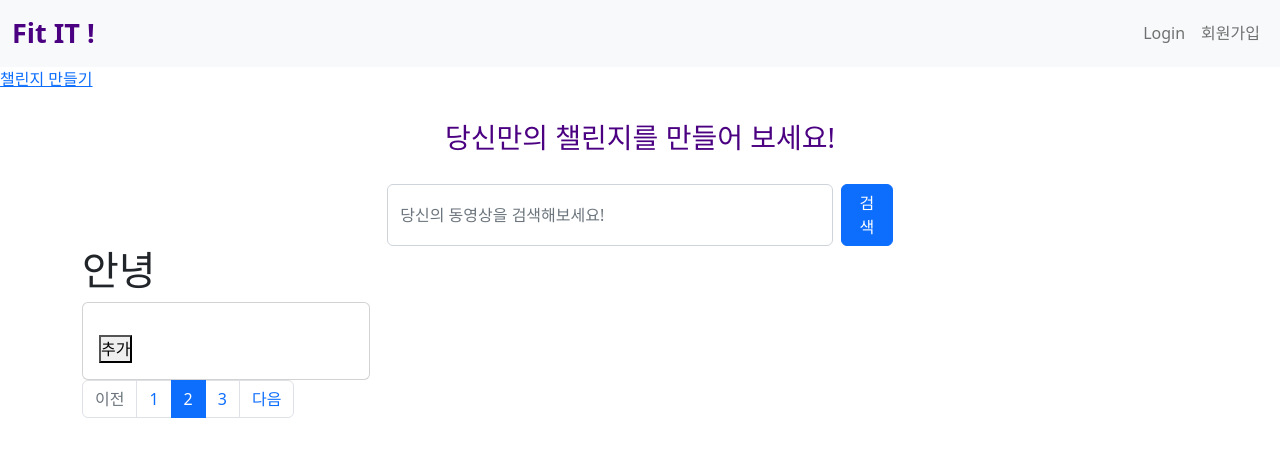
Repository: 4everGirls/Fit-IT-FRONT
Page: /makeChallenge (app in FrontEnd/fit-it/)
An editor plug-in stored every save of this project. The page is shown before and after a run of saves, followed by the edit.
The browser window is 1280 px wide. The pictures show the whole page.
The project was rebuilt for these pictures with package versions that can differ from the ones it lists, and the page was loaded fresh each time. Also part of the build but not shown: FrontEnd/fit-it/vue.config.js, FrontEnd/fit-it/src/views/HomeView.vue, FrontEnd/fit-it/src/components/user/RegistUser.vue, FrontEnd/fit-it/src/components/user/LoginUser.vue.

Above is the page before, as saved 2022-11-20 01:18:29.

### FrontEnd/fit-it/public/index.html
<!DOCTYPE html>
<html lang="">
  <head>
    <meta charset="utf-8" />
    <meta http-equiv="X-UA-Compatible" content="IE=edge" />
    <meta name="viewport" content="width=device-width,initial-scale=1.0" />
    <link rel="icon" href="<%= BASE_URL %>favicon.ico" />
    <link
      href="https://cdn.jsdelivr.net/npm/bootstrap@5.2.2/dist/css/bootstrap.min.css"
      rel="stylesheet"
      integrity="sha384-Zenh87qX5JnK2Jl0vWa8Ck2rdkQ2Bzep5IDxbcnCeuOxjzrPF/et3URy9Bv1WTRi"
      crossorigin="anonymous"
    />
    <script
      src="https://cdn.jsdelivr.net/npm/bootstrap@5.2.2/dist/js/bootstrap.bundle.min.js"
      integrity="sha384-OERcA2EqjJCMA+/3y+gxIOqMEjwtxJY7qPCqsdltbNJuaOe923+mo//f6V8Qbsw3"
      crossorigin="anonymous"
    ></script>
    <title><%= htmlWebpackPlugin.options.title %></title>
  </head>
  <body>
    <noscript>
      <strong
        >We're sorry but <%= htmlWebpackPlugin.options.title %> doesn't work
        properly without JavaScript enabled. Please enable it to
        continue.</strong
      >
    </noscript>
    <div id="app"></div>
    <!-- built files will be auto injected -->
  </body>
</html>

### FrontEnd/fit-it/src/App.vue
<template>
  <div id="app">
    <header-nav/>

    <router-link to="/makeChallenge">챌린지 만들기</router-link>
    <router-view />

  </div>
</template>

<script>
import HeaderNav from "@/components/common/HeaderNav.vue";

export default {
  name: "App",
  components: {
    HeaderNav,
  }
}
</script>

<style>
* {
  margin: 0;
  padding: 0;
  box-sizing: border-box;
  list-style: none;
}

.text-center {
  text-align: center;
}

</style>

### FrontEnd/fit-it/src/router/index.js
import Vue from "vue";
import VueRouter from "vue-router";
import HomeView from "../views/HomeView.vue";
import RegistUser from "@/components/user/RegistUser.vue";
import LoginUser from "@/components/user/LoginUser.vue";
import MakeChallenge from "@/views/MakeChallengeView.vue";

Vue.use(VueRouter);

const routes = [
  {
    path: "/",
    name: "home",
    component: HomeView,
  },
  {
    path: "/login",
    name: "login",
    component: LoginUser,
  },
  {
    path: "/regist",
    name: "regist",
    component: RegistUser,
  },
  {
    path: "/makeChallenge",
    name: "makeChallenge",
    component: MakeChallenge,
  },
];

const router = new VueRouter({
  mode: "history",
  base: process.env.BASE_URL,
  routes,
});

export default router;

### FrontEnd/fit-it/src/store/index.js
import Vue from 'vue'
import Vuex from 'vuex'
import axios from 'axios';
import router from "@/router";
import createPersistedState from "vuex-persistedstate";

Vue.use(Vuex)

const REST_API = `http://localhost:9999`;
const API_URL = `https://www.googleapis.com/youtube/v3/search`;
const YOUTUBE_KEY = process.env.VUE_APP_YOUTUBE_API_KEY;

export default new Vuex.Store({
  plugins: [createPersistedState()],
  state: {
    loginUser: null,
    videos: [],
    video: null,
  },
  getters: {
  },
  mutations: {
    LOGIN_USER(state, user) {
      state.loginUser = user;
    },
    SEARCH_VIDEO(state, videos) {
      state.videos = videos
    },
  },
  actions: {
    loginUser({ commit }, user) {
      console.log(user);
      const API_URL = `${REST_API}/userApi/login`;
      axios({
        url: API_URL,
        method: "POST",
        data: user,
      })
        .then((res) => {
        if (res.data.message === "success") {
            commit("LOGIN_USER", user);
            sessionStorage.setItem("access-token", res.data["access-token"]);
            router.push({ name: "home" });
          } else {
            alert("로그인에 실패하였습니다.");
          }
        })
        .catch((err) => {
          console.log(err);
        });
    },
    createUser({ commit }, user) {
      const API_URL = `${REST_API}/userApi/signup`;

      axios({
        url: API_URL,
        method: "POST",
        data: user,
      })
        .then((res) => {
          commit;
          res;
          alert("회원 가입이 완료 되었습니다.");
          router.push("/login");
        })
        .catch((err) => {
          console.log(err);
        });
    },
    searchVideo({commit}, keyword) {
      axios({
        url: API_URL,
        method: "GET",
        params: {
          key: YOUTUBE_KEY,
          part: 'snippet',
          q: keyword,
          type: 'video',
          maxResults: 3,
        }
      })
        .then((res) => {
          console.log(res.data);
          commit("SEARCH_VIDEO", res.data.items)
        })
        .catch((err) => console.log(err));
    },
  },
  modules: {
  }
})

### FrontEnd/fit-it/src/components/common/HeaderNav.vue
<template>
    <header>
    <!-- 로그인 전 (login, )-->
    <!-- Nav Bar 오른쪽 정렬 -->
    <nav class="navbar navbar-expand-sm bg-light navbar-light">
        <div class="container-fluid">
            <router-link to="/" class="navbar-brand nav-link">Fit IT !</router-link>
            <div class="collapse navbar-collapse justify-content-end" id="collapsibleNavbar">
                <ul class="navbar-nav">
                <li class="nav-item">
                    <router-link to="/login" class="nav-link">Login</router-link>
                </li>
                <li class="nav-item">
                    <router-link to="/regist" class="nav-link">회원가입</router-link>
                </li>
                </ul>
            </div>
        </div>
    </nav>
    </header>
</template>

<script>
export default {
name: "HeaderNav",
};
</script>

<style>
.navbar-brand {
color: indigo;
font-weight: 750;
font-size: 27px;
}
</style>

### FrontEnd/fit-it/src/views/MakeChallengeView.vue
<template>
  <div class="container">
    <!--search-container-->
    <div class="row">
        <search-video></search-video>
        <search-result></search-result>
    </div>
    <!--result form-->
    <div></div>
  </div>
</template>

<script>
import SearchVideo from '@/components/challenge/MakeChallenge/SearchVideo.vue';
import SearchResult from '@/components/challenge/MakeChallenge/SearchResult.vue';

export default {
    name: "MakeChallenge",
    components: {
        SearchVideo,
        SearchResult,
    }
}
</script>

<style>

</style>

### FrontEnd/fit-it/src/components/challenge/MakeChallenge/SearchVideo.vue
<template>
  <div class="container">
    <div class="flex-container">
      <div class="flex-item">
        <h3 class="title">당신만의 챌린지를 만들어 보세요!</h3>
      </div>
      <div class="searchContainer flex-item">
        <form class="d-flex" role="search">
          <input
            class="form-control me-2"
            type="search"
            placeholder="당신의 동영상을 검색해보세요!"
            aria-label="Search"
            size="40"
            @keyup.enter="search"
            v-model="keyword"
          />
          <button class="btn btn-primary" type="submit" @click="search">
            검색
          </button>
        </form>
      </div>
    </div>
  </div>
</template>

<script>
export default {
  name: "SearchVideo",
  data() {
    return {
      keyword: "",
    };
  },
  methods: {
    search() {
      this.$store.dispatch("searchVideo", this.keyword);
    },
  },
};
</script>

<style scoped>
.title {
  margin: 30px;
  color: indigo;
  font-weight: 350;
}
.flex-container {
  display: flex;
  justify-content: center;
  align-items: center;
  flex-direction: column;
}
.searchContainer {
}
</style>

### FrontEnd/fit-it/src/components/challenge/MakeChallenge/SearchResult.vue
<template>
  <div class="result-container">
    <h1>안녕</h1>
    <li>
    <div class="list-container column">
      <div class="card" style="width: 18rem">
        <img
          v-for="video in videos"
          :key="video.videoId"
          :video="video"
          class="card-img-top"
          :src="`https://img.youtube.com/vi/${video.videoId}/mqdefault.jpg`"
          alt="video-img"
        />
        <div class="card-body">
          <p class="card-text">
            <!-- {{ video.snippet.title }} -->
          </p>
          <button>추가</button>
        </div>
      </div>
    </div>
    </li>
    <!--Pagination-->
    <footer>
      <ul class="pagination">
        <li class="page-item disabled">
          <span class="page-link">이전</span>
        </li>
        <li class="page-item"><a class="page-link" href="#">1</a></li>
        <li class="page-item active" aria-current="page">
          <span class="page-link">2</span>
        </li>
        <li class="page-item"><a class="page-link" href="#">3</a></li>
        <li class="page-item">
          <a class="page-link" href="#">다음</a>
        </li>
      </ul>
    </footer>
  </div>
</template>

<script>
import { mapState } from "vuex";
export default {
  name: "SearchResult",
  props: {
    video: {
      type: Object,
      required: true,
    },
  },
  computed: {
    ...mapState(["videos", "video"]),
  },
};
</script>

<style></style>

Loaded but not shown: FrontEnd/fit-it/src/main.js (common file)

After the next 5 saves:
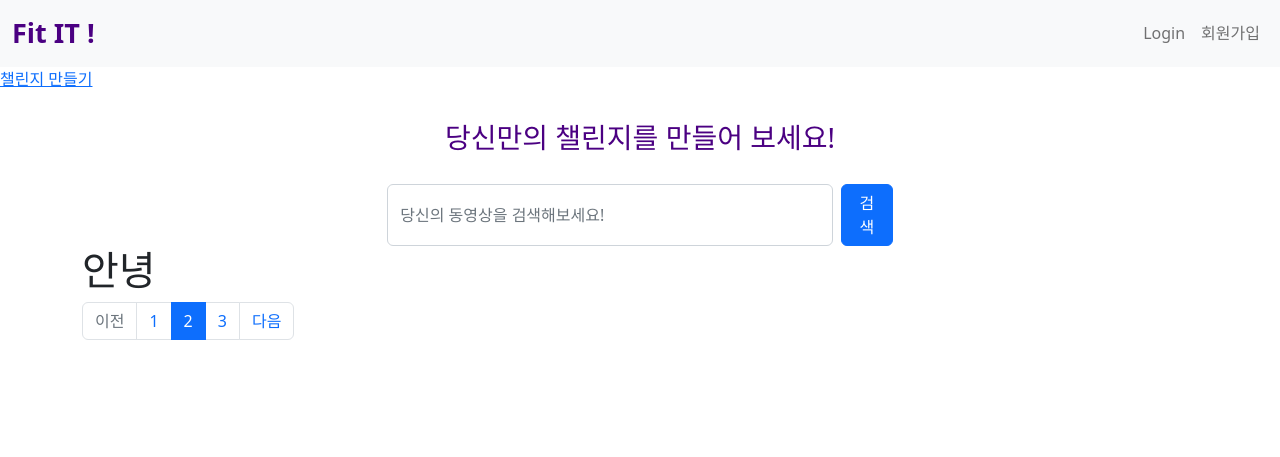
The 5 saves are shown as one change because 3 did not build or start and some came seconds apart.
The last was saved 2 min 34 s later.
--- a/FrontEnd/fit-it/src/components/challenge/MakeChallenge/SearchResult.vue
+++ b/FrontEnd/fit-it/src/components/challenge/MakeChallenge/SearchResult.vue
@@ -3,22 +3,22 @@
     <h1>안녕</h1>
     <li>
     <div class="list-container column">
-      <div class="card" style="width: 18rem">
+      <!-- <div class="card" style="width: 18rem">
         <img
           v-for="video in videos"
           :key="video.videoId"
           :video="video"
           class="card-img-top"
-          :src="`https://img.youtube.com/vi/${video.videoId}/mqdefault.jpg`"
+          :src="video.snippet.thumbnails.default.url"
           alt="video-img"
         />
         <div class="card-body">
           <p class="card-text">
-            <!-- {{ video.snippet.title }} -->
+            {{ video.snippet.title }}
           </p>
           <button>추가</button>
         </div>
-      </div>
+      </div> -->
     </div>
     </li>
     <!--Pagination-->
@@ -44,12 +44,6 @@
 import { mapState } from "vuex";
 export default {
   name: "SearchResult",
-  props: {
-    video: {
-      type: Object,
-      required: true,
-    },
-  },
   computed: {
     ...mapState(["videos", "video"]),
   },
